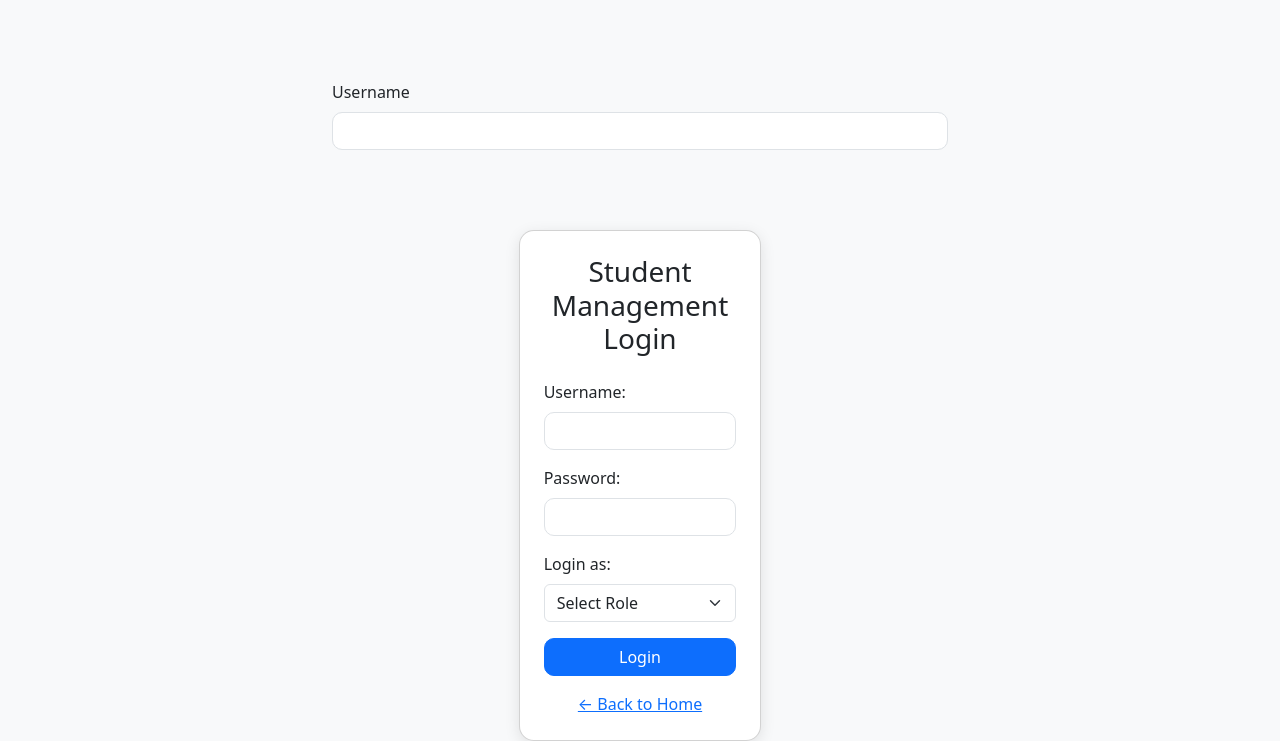
Repository: BorudePiyush/StudentMANAGEMENTSystem-using-java
Page: http://localhost/Student_management_systems/login.jsp
These files come from the project's save history. The page is drawn as it stood at one moment and after the next save; the edit follows.
The browser window is 1280 px wide. The pictures show the whole page.
The page is served by Tomcat 10.

Above is the page before, as saved 2025-06-09 14:43:52.

After the next save:
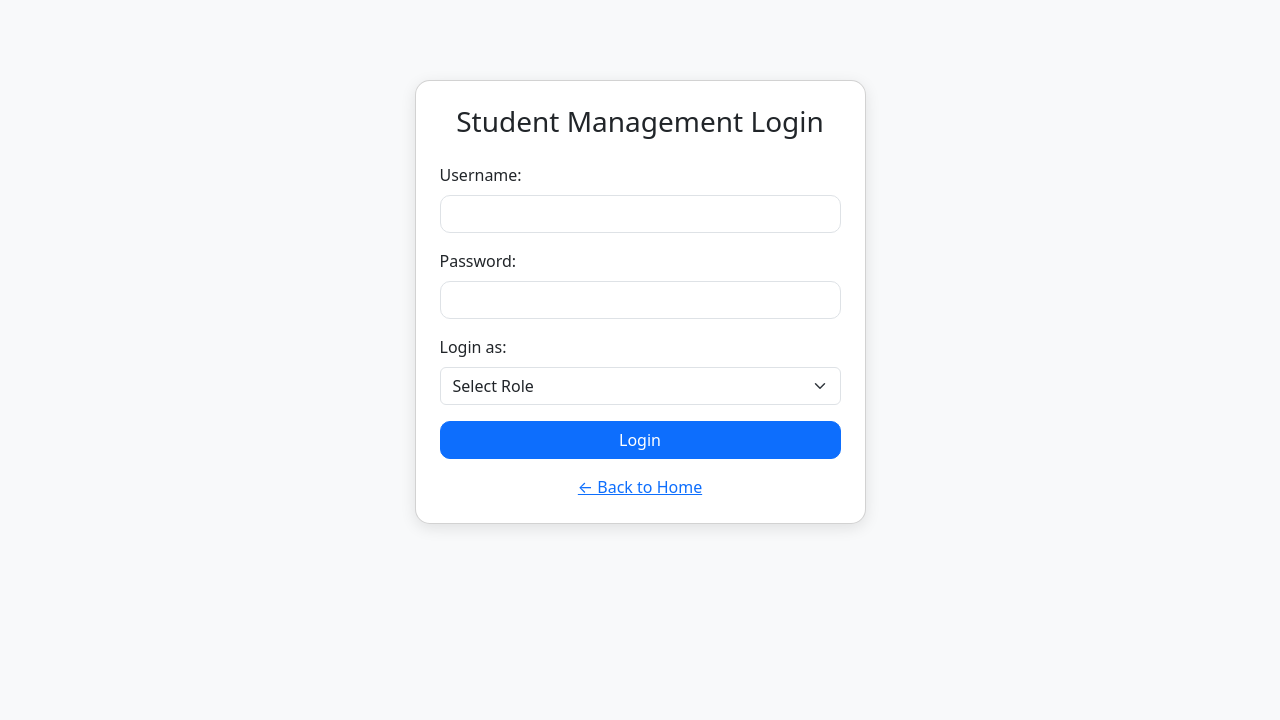
Saved 2 min 13 s later.
--- a/Student management systems/src/main/webapp/login.jsp
+++ b/Student management systems/src/main/webapp/login.jsp
@@ -25,12 +25,6 @@
     </style>
 </head>
 <body>
-
- <form action="LoginServlet" method="post" class="w-50 mx-auto">
-      <div class="container login-container"">
-        <label for="username" class="form-label">Username</label>
-        <input type="text" class="form-control" id="username" name="username" required />
-      </div>
 
 <div class="container login-container">
     <div class="row justify-content-center">
